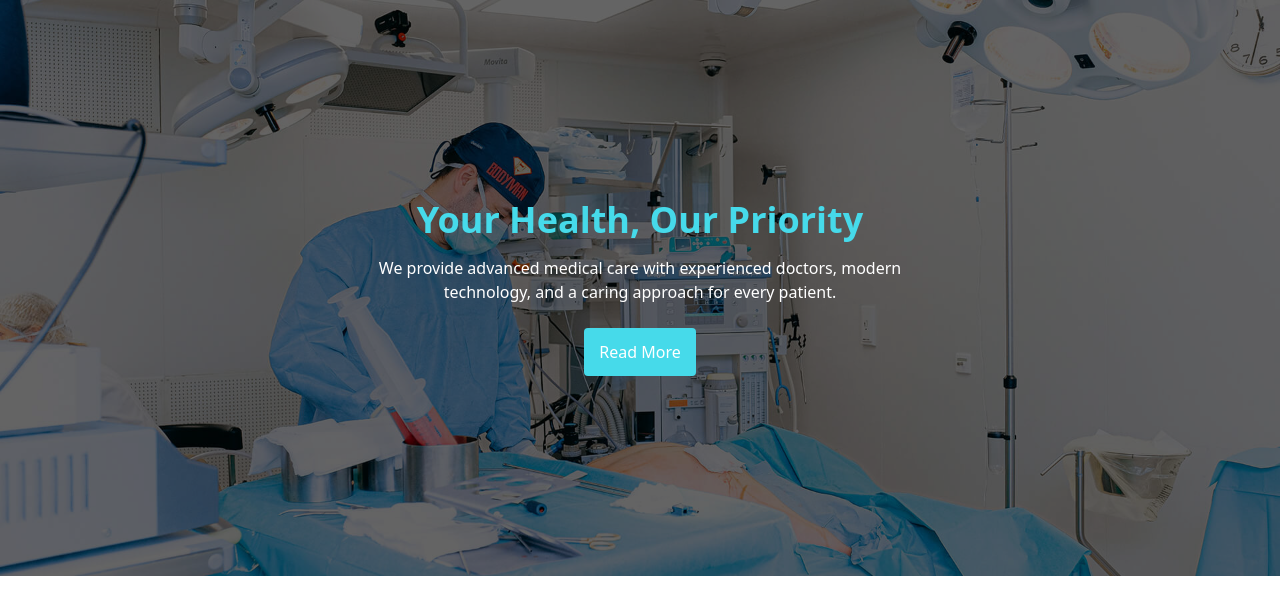
Repository: ahmedkhaleddev02-del/DoctorAppointment-MERN
Page: / (app in frontend/frontend/)
An editor plug-in stored every save of this project. The page is shown before and after the next save, followed by the edit.
The browser window is 1280 px wide. The pictures show the whole page.
The project was rebuilt for these pictures with package versions that can differ from the ones it lists, and the page was loaded fresh each time.

Above is the page before, as saved 2025-07-27 17:51:51.

### frontend/frontend/src/index.css
@tailwind base;
@tailwind components;
@tailwind utilities;


@import "slick-carousel/slick/slick.css";
@import "slick-carousel/slick/slick-theme.css";




button{
  background: #46daea !important;
  padding: 15px;

}

### frontend/frontend/src/App.js
import Home from "./pages/Home";
function App() {
  return (
    <>

    <Home/>
    </>
  );
}

export default App;

### frontend/frontend/src/pages/Home.jsx
import React from 'react'

import HeroSlider from '../components/HeroSlider'
function Home() {
  return (
    <div>
        <HeroSlider/>

    </div>
  )
}

export default Home

### frontend/frontend/src/components/HeroSlider.jsx
import React from 'react'
import Slider from "react-slick";
import carousel_1 from "../img/hero-carousel/hero-carousel-1.jpg"

import carousel_2 from "../img/hero-carousel/hero-carousel-2.jpg"


import carousel_3 from "../img/hero-carousel/hero-carousel-3.jpg"

function HeroSlider() {

const settings = {
    dots: true,
    infinite: true,
    autoplay: true,
    autoplaySpeed: 5000,
    fade: true,
    arrows: false
  };


  const slides = [
  {
    image: carousel_1,
    title: "Your Health, Our Priority",
    text: "We provide advanced medical care with experienced doctors, modern technology, and a caring approach for every patient.",
  },
  {
    image: carousel_2,
    title: "Specialized Medical Services",
    text: "From cardiology to pediatrics, our expert teams are ready to help you and your family stay healthy and safe.",
  },
  {
    image: carousel_3,
    title: "Easy Online Appointments",
    text: "Book your appointment quickly and conveniently with top doctors at your preferred time.",
  }
];



  return (
    <section className='relative w-full h-[80vh] overflow-hidden' >
        <Slider {...settings}>
                {slides.map((slide,index)=>(
                    <div  key={index} className="relative w-full h-[80vh]">

                <img  src={slide.image}   className="w-full h-full object-cover"/>

            <div className="absolute inset-0 bg-black bg-opacity-60 flex flex-col justify-center items-center text-center text-white px-4">

                    <h2 className='text-4xl text-[#46daea] font-bold mb-4'>{slide.title}</h2>

             <p className="max-w-xl">{slide.text}</p>

             <button className="mt-6 inline-block  py-3 rounded ">
              Read More

             </button>

                </div>

                    </div>
                ))}


        </Slider>
    </section >
  )
}

export default HeroSlider

Loaded but not shown: frontend/frontend/public/index.html (common file); frontend/frontend/src/index.js (common file); frontend/frontend/tailwind.config.js (common file)

After the next save:
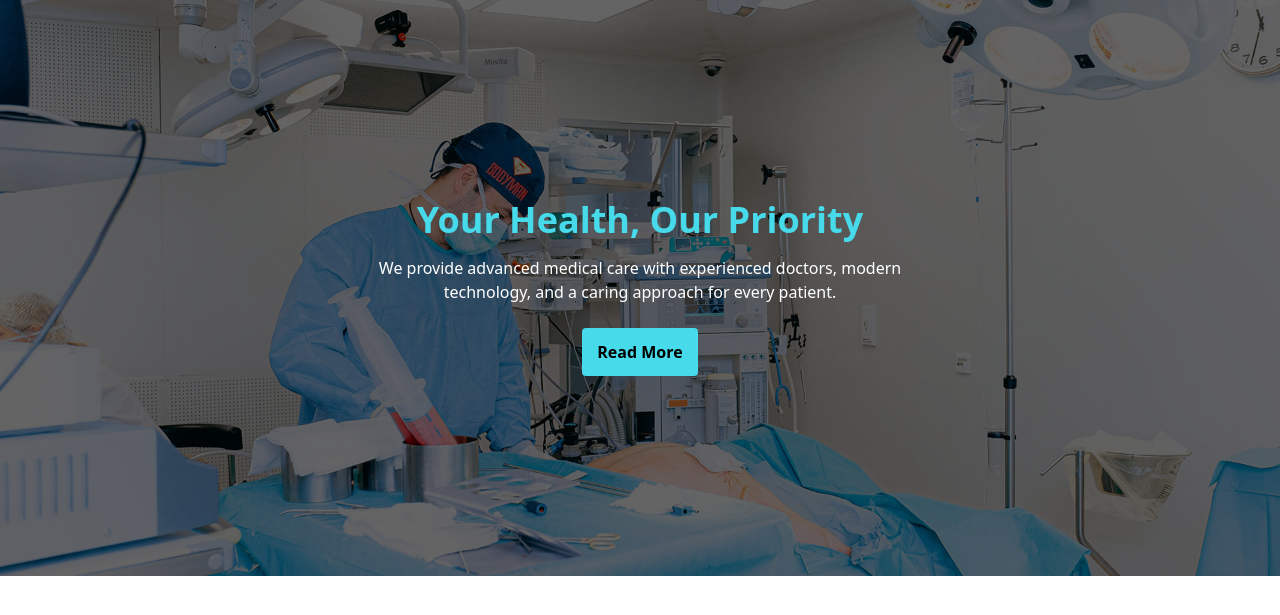
Saved 12 s later.
--- a/frontend/frontend/src/index.css
+++ b/frontend/frontend/src/index.css
@@ -12,5 +12,7 @@
 button{
   background: #46daea !important;
   padding: 15px;
+  color:black;
+  font-weight: bold;
 
 }
